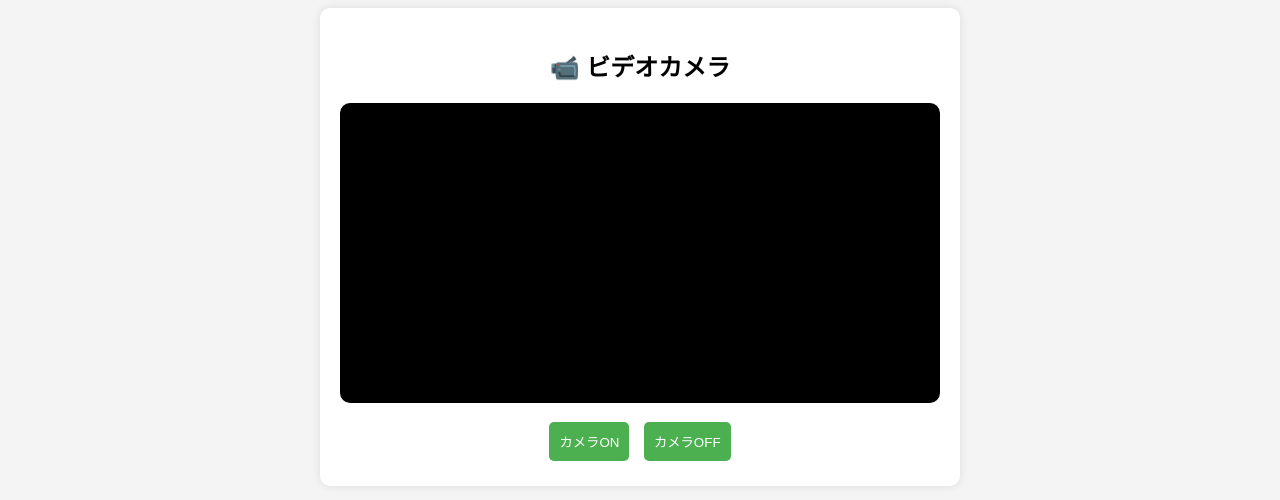
Repository: Tomoryo211/Care-Connect
Page: web/camera/index.html
The author's editor kept a copy of each file at every save. The page is drawn from the files as they stood at one save, then again after the next save.
The browser window is 1280 px wide. The pictures show the whole page.

Above is the page before, as saved 2025-02-10 03:55:45.

### web/camera/index.html
<!DOCTYPE html>
<html lang="ja">
<head>
    <meta charset="UTF-8">
    <meta name="viewport" content="width=device-width, initial-scale=1.0">
    <title>ビデオカメラ機能</title>
    <link rel="stylesheet" href="css/styles.css">
</head>
<body>
    <div class="camera-container">
        <h2>📹 ビデオカメラ</h2>
        <video id="video" autoplay></video>
        <div class="controls">
            <button id="start-camera">カメラON</button>
            <button id="stop-camera">カメラOFF</button>
        </div>
    </div>

    <script src="js/script.js"></script>
</body>
</html>

### web/camera/css/styles.css
body {
    font-family: Arial, sans-serif;
    background-color: #f4f4f4;
    text-align: center;
}

.camera-container {
    width: 80%;
    max-width: 600px;
    margin: auto;
    background-color: #fff;
    padding: 20px;
    border-radius: 10px;
    box-shadow: 0 0 10px rgba(0, 0, 0, 0.1);
}

video {
    width: 100%;
    max-height: 400px;
    background-color: black;
    border-radius: 10px;
}

.controls {
    margin-top: 10px;
}

button {
    padding: 10px;
    margin: 5px;
    background-color: #4CAF50;
    color: white;
    border: none;
    cursor: pointer;
    border-radius: 5px;
}

button:hover {
    background-color: #45a049;
}

### web/camera/js/script.js
let video = document.getElementById("video");
let startButton = document.getElementById("start-camera");
let stopButton = document.getElementById("stop-camera");
let stream = null;

// カメラON
startButton.addEventListener("click", async () => {
    try {
        stream = await navigator.mediaDevices.getUserMedia({ video: true });
        video.srcObject = stream;
    } catch (error) {
        alert("カメラのアクセスが許可されていません");
    }
});

// カメラOFF
stopButton.addEventListener("click", () => {
    if (stream) {
        let tracks = stream.getTracks();
        tracks.forEach(track => track.stop());
        video.srcObject = null;
    }
});

After the next save:
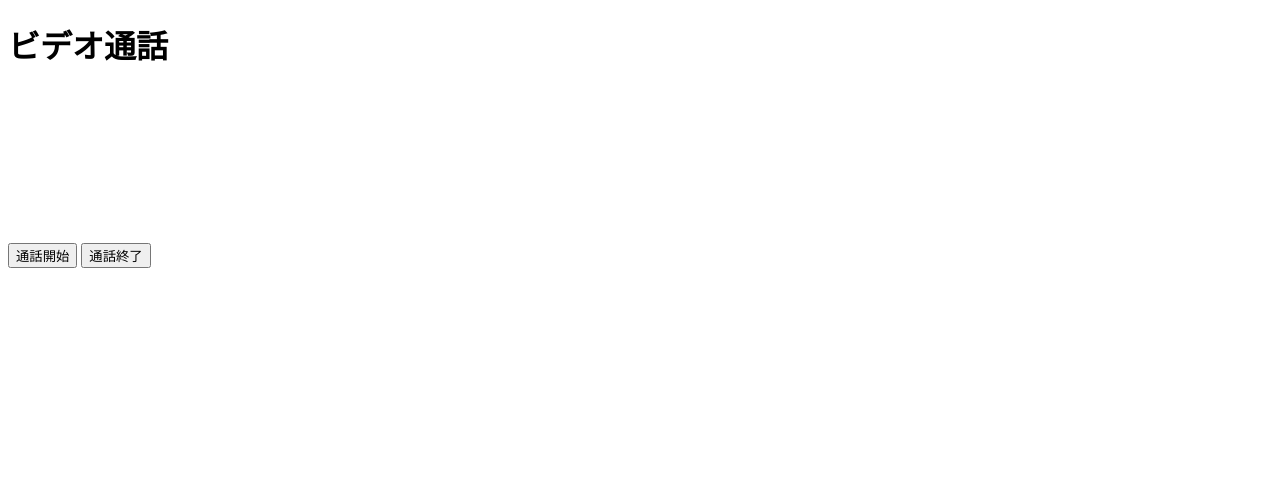
Not found: web/camera/script.js
Not found: web/camera/styles.css
Saved 6 h 43 min later.
--- a/web/camera/index.html
+++ b/web/camera/index.html
@@ -3,19 +3,19 @@
 <head>
     <meta charset="UTF-8">
     <meta name="viewport" content="width=device-width, initial-scale=1.0">
-    <title>ビデオカメラ機能</title>
-    <link rel="stylesheet" href="css/styles.css">
+    <title>ビデオ通話</title>
+    <link rel="stylesheet" href="styles.css">
 </head>
 <body>
-    <div class="camera-container">
-        <h2>📹 ビデオカメラ</h2>
-        <video id="video" autoplay></video>
-        <div class="controls">
-            <button id="start-camera">カメラON</button>
-            <button id="stop-camera">カメラOFF</button>
-        </div>
+    <h1>ビデオ通話</h1>
+    <div class="video-container">
+        <video id="localVideo" autoplay playsinline></video>
+        <video id="remoteVideo" autoplay playsinline></video>
     </div>
-
-    <script src="js/script.js"></script>
+    <div class="controls">
+        <button id="startCall">通話開始</button>
+        <button id="endCall">通話終了</button>
+    </div>
+    <script src="script.js"></script>
 </body>
 </html>

After the 5 saves that followed:
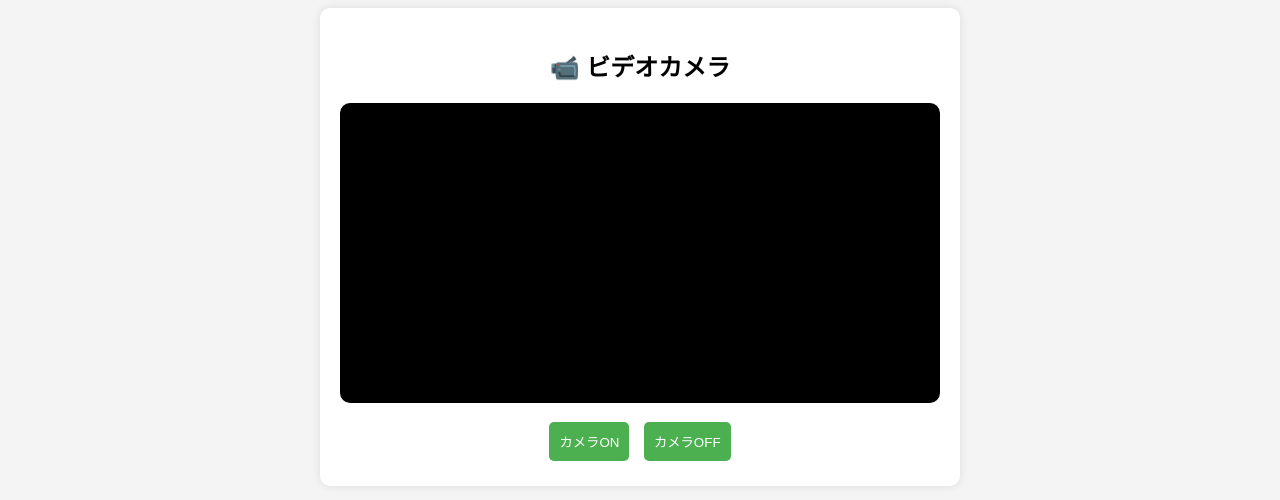
The 5 saves are shown as one change because 4 left the picture as it was.
The last was saved 2 min 15 s later.
--- a/web/camera/index.html
+++ b/web/camera/index.html
@@ -3,19 +3,19 @@
 <head>
     <meta charset="UTF-8">
     <meta name="viewport" content="width=device-width, initial-scale=1.0">
-    <title>ビデオ通話</title>
-    <link rel="stylesheet" href="styles.css">
+    <title>ビデオカメラ機能</title>
+    <link rel="stylesheet" href="css/styles.css">
 </head>
 <body>
-    <h1>ビデオ通話</h1>
-    <div class="video-container">
-        <video id="localVideo" autoplay playsinline></video>
-        <video id="remoteVideo" autoplay playsinline></video>
+    <div class="camera-container">
+        <h2>📹 ビデオカメラ</h2>
+        <video id="video" autoplay></video>
+        <div class="controls">
+            <button id="start-camera">カメラON</button>
+            <button id="stop-camera">カメラOFF</button>
+        </div>
     </div>
-    <div class="controls">
-        <button id="startCall">通話開始</button>
-        <button id="endCall">通話終了</button>
-    </div>
-    <script src="script.js"></script>
+
+    <script src="js/script.js"></script>
 </body>
 </html>
